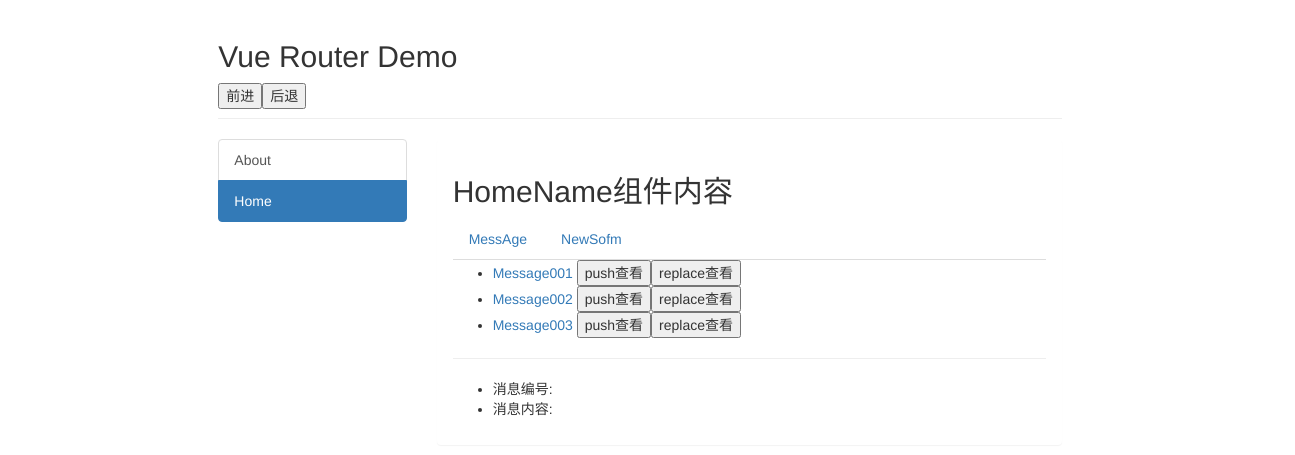
Repository: ldqml/vue.test
Page: /#/home/message/querymessage (app in router/)
The author's editor kept a copy of each file at every save. The page is drawn from the files as they stood at one save, then again after the next save.
The browser window is 1280 px wide. The page is 1295 px wide, so the pictures cover 1295 px, including what lies to the right of the window. The pictures show the whole page.
The project was rebuilt for these pictures with package versions that can differ from the ones it lists, and the page was loaded fresh each time. Also part of the build but not shown: router/vue.config.js, router/src/components/AboutName.vue, router/src/components/NewSofm.vue.

Above is the page before, as saved 2022-09-02 13:32:38.

### router/public/index.html
<!DOCTYPE html>
<html lang="">
  <head>
    <meta charset="utf-8">
    <meta http-equiv="X-UA-Compatible" content="IE=edge">
    <meta name="viewport" content="width=device-width,initial-scale=1.0">
    <link rel="icon" href="<%= BASE_URL %>favicon.ico">
    <link rel="stylesheet" href="<%= BASE_URL %>bootstrap.min.css">
    <title><%= htmlWebpackPlugin.options.title %></title>
  </head>
  <body>
    <noscript>
      <strong>We're sorry but <%= htmlWebpackPlugin.options.title %> doesn't work properly without JavaScript enabled. Please enable it to continue.</strong>
    </noscript>
    <div id="app"></div>
    <!-- built files will be auto injected -->
  </body>
</html>

### router/src/main.js
import Vue from 'vue'
import App from './App.vue'
import VueRouter from 'vue-router'
import router from './router'

Vue.config.productionTip = false
Vue.use(VueRouter)

new Vue({
  el:'#app',
  render: h => h(App),
  router: router
})

### router/src/App.vue
<template>
   <div>
    <div class="row">
      <div class="col-xs-offset-2 col-xs-8">
        <div class="page-header">
          <h2>Vue Router Demo</h2>
          <button @click="forwardshow">前进</button>
          <button @click="backshow">后退</button>
        </div>
      </div>
    </div>
    <div class="row">
      <div class="col-xs-2 col-xs-offset-2">
        <div class="list-group">
          <router-link replace class="list-group-item" active-class="active" to="/about">About</router-link>
          <router-link replace class="list-group-item" active-class="active" to="/home">Home</router-link>
        </div>
      </div>
      <div class="col-xs-6">
        <div class="panel">
          <div class="panel-body">
            <router-view></router-view>
          </div>
        </div>
      </div>
    </div>
   </div>
</template>

<script>

export default {
  name: 'App',
  methods:{
    forwardshow(){
     this.$router.forward()
    },
    backshow(){
     this.$router.back()
    }
  }
}
</script>

<style>

</style>

### router/src/router/index.js
import VueRouter from "vue-router"
import AboutName from '../components/AboutName'
import HomeName from '../components/HomeName'
import MessAge from '../components/MessAge'
import NewSofm from '../components/NewSofm'
import QueryMessage from '../components/QueryMessage'

export default new VueRouter({
    routes:[
        {path:'/about',
        component:AboutName
        },
        {path:'/home',
        component:HomeName,
        children:[
            {path:'message',
             component:MessAge,
             children:[
                {path:'querymessage',
                component:QueryMessage,
                name:'querymessage',
                props({query}){
                    return {id:query.id,title:query.title}
                }}
             ]
            },
            {path:'newsofm',
             component:NewSofm,
            }
        ]
        },
    ]
})

### router/src/components/HomeName.vue
<template>
  <div>
    <h2>HomeName组件内容</h2>
    <div>
      <ul class="nav nav-tabs">
      <li>
        <router-link active-class="active" to="/home/message">MessAge</router-link>
      </li>
      <li>
        <router-link active-class="active" to="/home/newsofm">NewSofm</router-link>
      </li>
    </ul>
    <router-view></router-view>
    </div>
  </div>
</template>

<script>
export default {
    name: "HomeName",
}
</script>

<style>

</style>

### router/src/components/MessAge.vue
<template>
  <div>
    <ul>
    <li v-for=" n in querylist" :key="n.id">
        <router-link :to="{
            path:'/home/message/querymessage',
            query:{
                id:n.id,
                title:n.title
            }
        }">
        {{n.title}}
        </router-link>
        <button @click="pushshow(n)">push查看</button>
        <button @click="replaceshow(n)">replace查看</button>
    </li>
  </ul>
  <hr>
  <router-view></router-view>
  </div>
</template>

<script>
export default {
    name:'MessAge',
    data(){
        return{
            querylist:[
                {id:'001',title:'Message001'},
                {id:'002',title:'Message002'},
                {id:'003',title:'Message003'}
            ]
        }
    },
    methods:{
        pushshow(n){
            this.$router.push({
                name:'querymessage',
                query:{
                    id:n.id,
                    title:n.title
                }
            })
        },
        replaceshow(n){
            this.$router.replace({
                name:'querymessage',
                query:{
                    id:n.id,
                    title:n.title
                }
            })
        }
    }
}
</script>

<style>

</style>

### router/src/components/QueryMessage.vue
<template>
   <ul>
    <li>消息编号:{{id}}</li>
    <li>消息内容:{{title}}</li>
   </ul>
</template>

<script>
export default {
    name:'QueryMessage',
    props:['id','title']
}
</script>

<style>

</style>

Loaded but not shown: router/public/bootstrap.min.css (library)

After the next save:
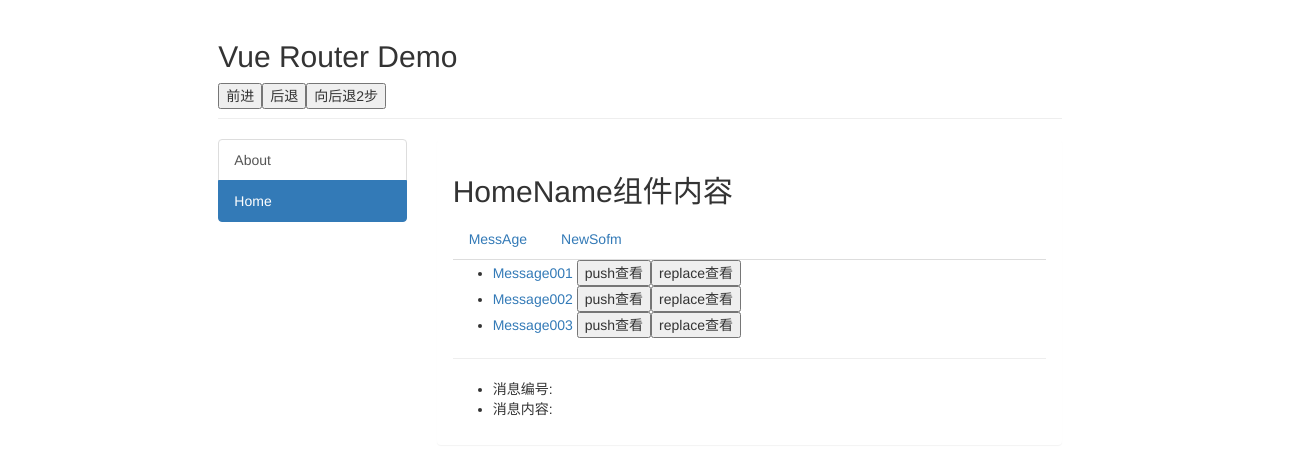
Saved 91 s later.
--- a/router/src/App.vue
+++ b/router/src/App.vue
@@ -6,6 +6,7 @@
           <h2>Vue Router Demo</h2>
           <button @click="forwardshow">前进</button>
           <button @click="backshow">后退</button>
+          <button @click="goshow">向后退2步</button>
         </div>
       </div>
     </div>
